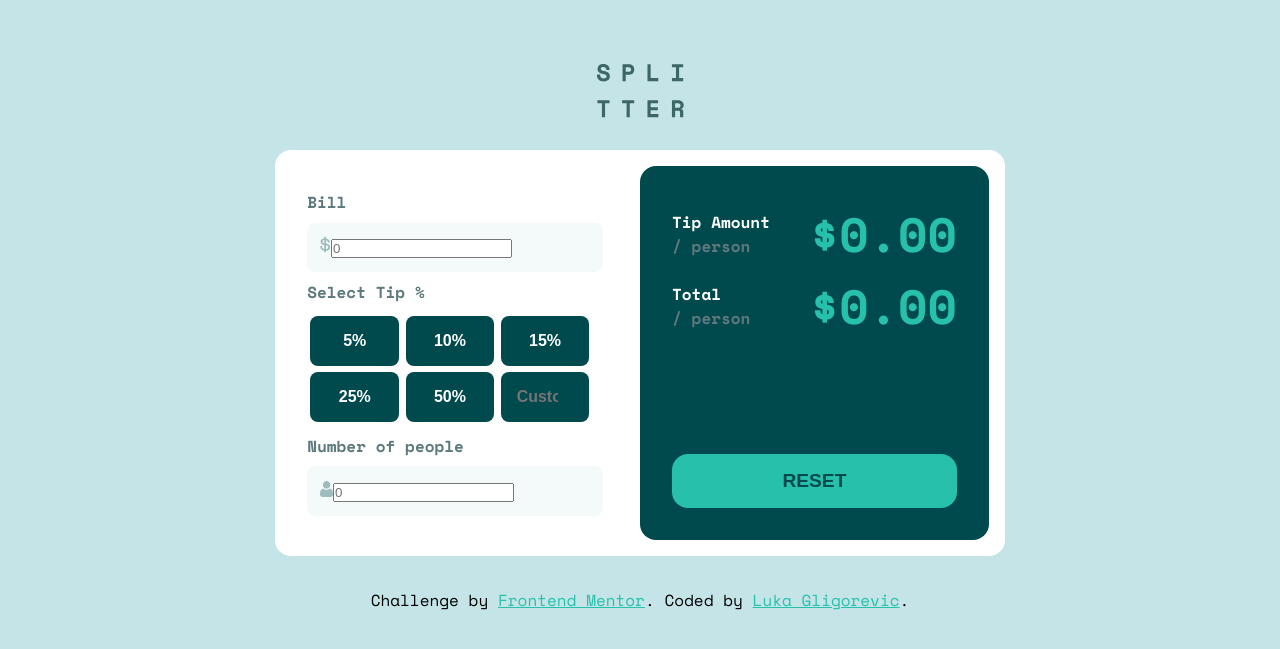
Repository: gligor99/tip-fmentor
Page: /
An editor plug-in stored every save of this project. The page is shown before and after the next save, followed by the edit.
The browser window is 1280 px wide. The pictures show the whole page.
The project was rebuilt for these pictures with package versions that can differ from the ones it lists, and the page was loaded fresh each time.

Above is the page before, as saved 2021-11-27 18:21:33.

### src/index.css
@import url("https://fonts.googleapis.com/css2?family=Space+Mono:wght@400;700&display=swap");

:root {
  --clr-primary: hsl(172, 67%, 45%);
  --clr-dark-cyan: hsl(183, 100%, 15%);
  --clr-dark-grayish-cyan: hsl(186, 14%, 43%);
  --clr-dark-grayish-cyan2: hsl(184, 14%, 56%);
  --clr-light-grayish-cyan: hsl(185, 41%, 84%);
  --clr-light-grayish-cyan2: hsl(189, 41%, 97%);
  --clr-white: hsl(0, 0%, 100%);
}

*,
::after,
::before {
  margin: 0;
  padding: 0;
  box-sizing: border-box;
}
body {
  font-family: "Space Mono", sans-serif;
  background: var(--clr-light-grayish-cyan);
  color: var(--clr-grey-1);
  line-height: 1.5;
  font-size: 1rem;
}

.App {
  display: flex;
  flex-direction: column;
  justify-content: center;
  padding: 2rem;
  max-height: 100vh;
}

.logo {
  display: flex;
  justify-content: center;
  padding: 2rem;
}

.attribution {
  font-size: 1rem;
  text-align: center;
  padding: 2rem;
}
.attribution a {
  color: var(--clr-primary);
}

.container {
  display: flex;
  justify-content: space-between;
  background-color: var(--clr-white);
  width: 60%;
  margin: auto;
  padding: 1rem 1rem;
  border-radius: 1rem;
}
.left-side {
  padding: 1rem;
  width: 47%;
}

form {
  height: 100%;
  display: flex;
  flex-direction: column;
  justify-content: space-evenly;
}

label {
  font-weight: 700;
  color: var(--clr-dark-grayish-cyan);
}

.input-div {
  border-radius: 0.5rem;
  padding: 0.8rem;
  background-color: var(--clr-light-grayish-cyan2);
}

.percentage-btn, .custom-tip{
  padding: 1rem;
  width: 30%;
  margin: 0.2rem;
  border-radius: 0.5rem;
  border: none;
  background-color: var(--clr-dark-cyan);
  font-size: 1rem;
  font-weight: 700;
  color: var(--clr-white);
}

.right-side {
  background-color: var(--clr-dark-cyan);
  width: 50%;
  border-radius: 1rem;
  padding: 2rem;
}

.results-tip,
.results-total {
  display: flex;
  justify-content: space-between;
  align-items: center;
}

.tip-result,
.total-result {
  font-size: 2rem;
  color: var(--clr-primary);
}

.results-label {
  color: var(--clr-white);
  font-weight: 700;
}

.per-person {
  color: var(--clr-dark-grayish-cyan);
  font-weight: 700;
}

.rightside,
.reset-btn {
  padding: 1rem;
  width: 100%;
  border-radius: 1rem;
  margin-top: 7rem;
  font-size: 1.2rem;
  font-weight: 700;
  background-color: var(--clr-primary);
  color: var(--clr-dark-cyan);
  border: none;
  transition: 0.2s ease-out;
}
.reset-btn:hover {
  background-color: var(--clr-light-grayish-cyan);
}

### src/App.tsx
import Footer from "./components/Footer";
import logo from "./assets/logo.svg";
import Tipper from "./components/Tipper";
import { useState } from "react";

function App() {
  const [bill, setBill] = useState(0)
  const [people, setPeople] = useState(0)
  const [total, setTotal] = useState(0)


  return (
    <div className="App">
      <div className="logo">
        <img src={logo} alt="logo" />
      </div>
      <Tipper />
      <Footer name="Luka Gligorevic" />
    </div>
  );
}

export default App;

### src/components/Footer.tsx
type Props = {
  name: String;
};

const Footer: React.FC<Props> = ({ name }) => {
  return (
    <div className="attribution">
      Challenge by{" "}
      <a
        href="https://www.frontendmentor.io?ref=challenge"
        target="_blank"
        rel="noreferrer"
      >
        Frontend Mentor
      </a>
      . Coded by <a href="https://github.com/gligor99">{name}</a>.
    </div>
  );
};

export default Footer;

### src/components/Tipper.tsx
import iconDollar from "../assets/icon-dollar.svg";
import iconPeople from "../assets/icon-person.svg";

const Tipper = () => {
  return (

      <section className="container">
        <div className="left-side">
          <form>
            <label htmlFor="bill">Bill</label>
            <div className="input-div">
              <img className="input-icon" src={iconDollar} alt="dollarIcon" />
              <input type="number" placeholder="0" />
            </div>
            <label htmlFor="select-tip">Select Tip %</label>
            <div className="buttons">
              <button className="percentage-btn" data-value="5">
                5%
              </button>
              <button className="percentage-btn" data-value="5">
                10%
              </button>
              <button className="percentage-btn" data-value="5">
                15%
              </button>
              <button className="percentage-btn" data-value="5">
                25%
              </button>
              <button className="percentage-btn" data-value="5">
                50%
              </button>
              <input
                type="number"
                placeholder="Custom"
                className="custom-tip"
              />
            </div>
            <label htmlFor="no-of-people">Number of people</label>
            <div className="input-div">
              <img className="input-icon" src={iconPeople} alt="personIcon" />
              <input type="number" placeholder="0" />
            </div>
          </form>
        </div>
        <div className="right-side">
          <div className="results-tip">
            <div className="results-text">
              <p className="results-label">Tip Amount</p>
              <p className="per-person">/ person</p>
            </div>
            <div className="tip-result">
              <h1 id="tip-result">$0.00</h1>
            </div>
          </div>
          <div className="results-total">
            <div className="results-text">
              <p className="results-label">Total</p>
              <p className="per-person">/ person</p>
            </div>
            <div className="total-result">
              <h1 id="total-result">$0.00</h1>
            </div>
          </div>
          <button className="reset-btn" type="reset" >
            RESET
          </button>
        </div>
      </section>

  );
};

export default Tipper;

Loaded but not shown: public/index.html (common file); src/index.tsx (common file)

After the next save:
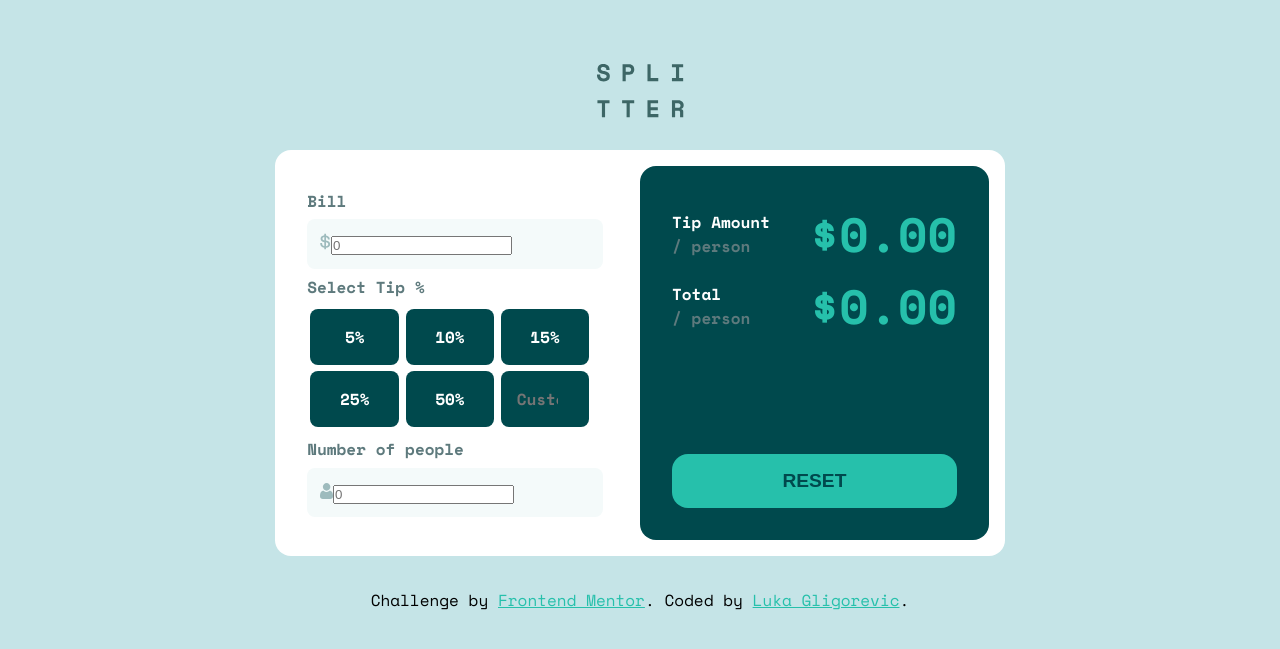
Saved 78 s later.
--- a/src/index.css
+++ b/src/index.css
@@ -89,6 +89,7 @@ label {
   background-color: var(--clr-dark-cyan);
   font-size: 1rem;
   font-weight: 700;
+  font-family: 'Space Mono', sans-serif;
   color: var(--clr-white);
 }
 
